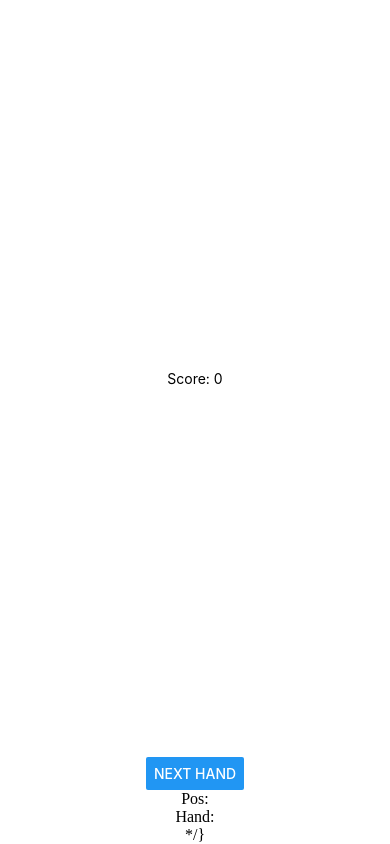
Repository: Nicholas-Kyle/RangeTrainer
Screen: /
An editor plug-in stored every save of this project. The screen is shown before and after the next save, followed by the edit.
The app was drawn by React Native's web renderer in a window 390 px wide. The project was rebuilt for these pictures with package versions that can differ from the ones it lists, and the page was loaded fresh each time. Also part of the build but not shown: RangeTrainer/ACTIONS.js, RangeTrainer/ActionButtonGroup.js.

Above is the screen before, as saved 2018-03-18 18:10:41.

After the next save:
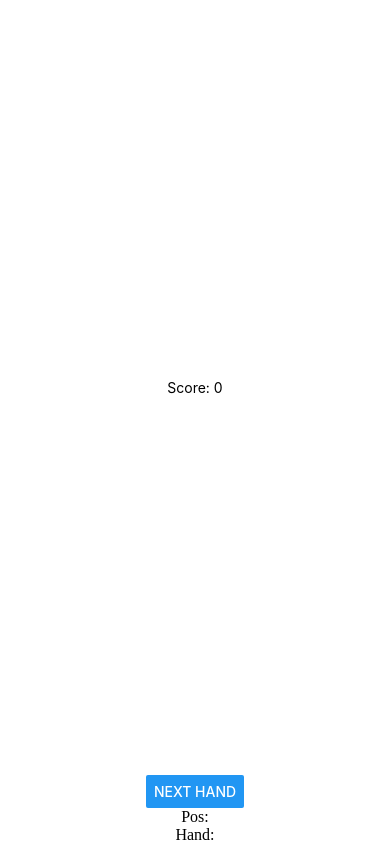
Saved 7 s later.
--- a/RangeTrainer/RangeTrainer.js
+++ b/RangeTrainer/RangeTrainer.js
@@ -203,8 +203,7 @@ class RangeTrainer extends Component {
         )}
         {wrongHands && (
           <View> {wrongHands.map(wrongHand => <View>{wrongHand}</View>)}</View>
-        )}{" "}
-        */}
+        )}
       </View>
     );
   }
